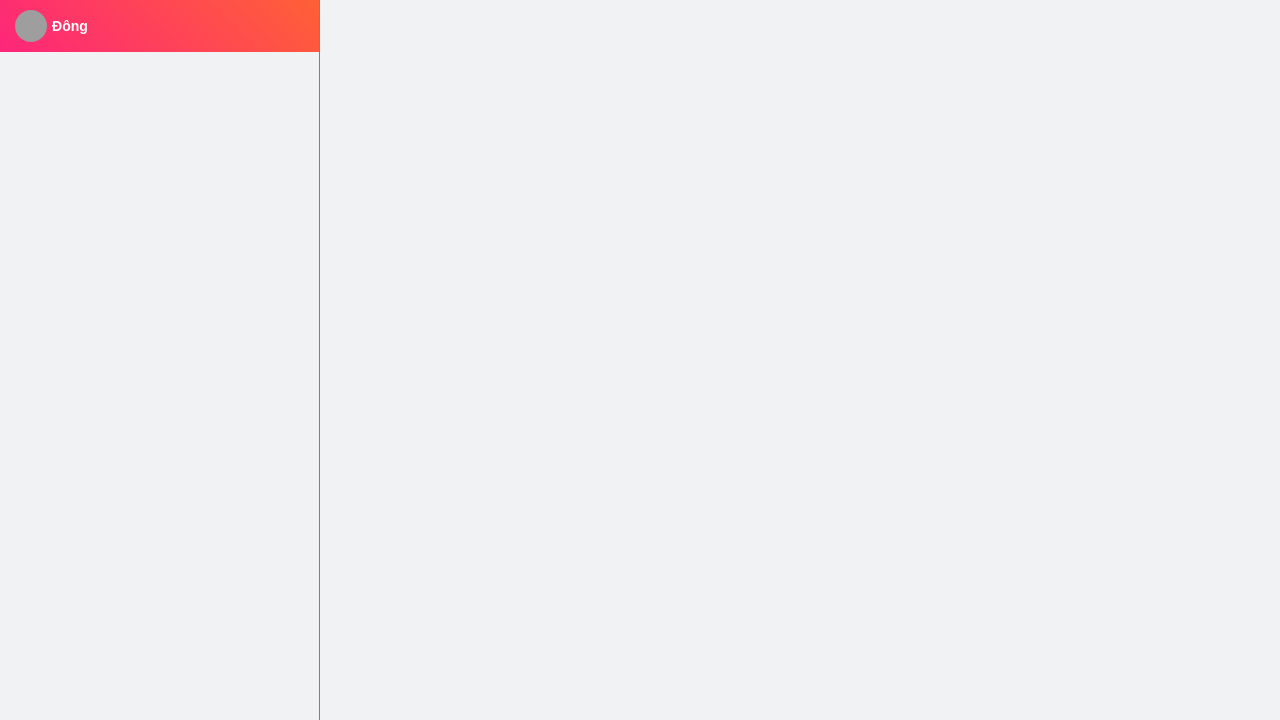
Repository: conquy2002/T2009A
Page: Project RobinTinder/website/index.html
An editor plug-in stored every save of this project. The page is shown before and after the next save, followed by the edit.
The browser window is 1280 px wide. The pictures show the whole page.
Pictures or frames that could not be fetched are drawn as grey boxes.

Above is the page before, as saved 2022-01-07 08:42:27.

### Project RobinTinder/website/index.html
<!DOCTYPE html>
<html lang="en">
<head>
    <meta charset="UTF-8">
    <meta http-equiv="X-UA-Compatible" content="IE=edge">
    <meta name="viewport" content="width=device-width, initial-scale=1.0">
    <title>Robin Hẹn hò</title>
    <link rel="stylesheet" href="./css/style.css" />
</head>
<body>
    <div class="main">
        <aside class="nav">
            <div class="nav__header">
                <div class="nav__hearder--profile">
                    <img src = "https://scontent.fhph1-3.fna.fbcdn.net/v/t1.6435-1/c1.64.198.199a/p200x200/141433767_1108249559690088_990288042436184426_n.jpg?_nc_cat=107&ccb=1-5&_nc_sid=7206a8&_nc_ohc=5yxEM9Iimv0AX_4k7Ox&_nc_ht=scontent.fhph1-3.fna&oh=00_AT-vqYdzU7_RG4YwBws_REoHUQ_G1kzl29AkfIijrbwnXg&oe=61FCEA38">
                    <h3>Đông</h3>
                </div>
                <div class="nav__header--contact"></div>
            </div>
            <div class="nav__qc"></div>
            <div class="nav_content"></div>
        </aside>
        <div class="content"></div>
    </div>
</body>
</html>

### Project RobinTinder/website/css/style.css
*{
    margin: 0;
    padding: 0;
    box-sizing: border-box;
}
body{
    font-family: sans-serif,Helvetica,Arial;
}
.main{
    background-color: #f0f2f4;
    height: 100vh;
    width: 100%;
    display: flex;
}
.nav{
    flex-basis: 25%;
    height: 100%;
    border-right: .1px solid gray;
}
.nav__header{
    background: linear-gradient(
45deg,#fd267a,#ff6036);
    background-image: linear-gradient(
45deg, rgb(253, 38, 122), rgb(255, 96, 54));
    width: 100%;
    display: flex;
}
.nav__hearder--profile{
    display: flex;
    padding: 10px 15px;
    align-items: center;
    color: #fff;
    font-size: 12px;
    flex-basis: 25%;
}
.nav__hearder--profile img{
    height: 32px;
    width: 32px;
    border-radius: 50%;
    margin-right: 5px;
}

.content{

}

After the next save:
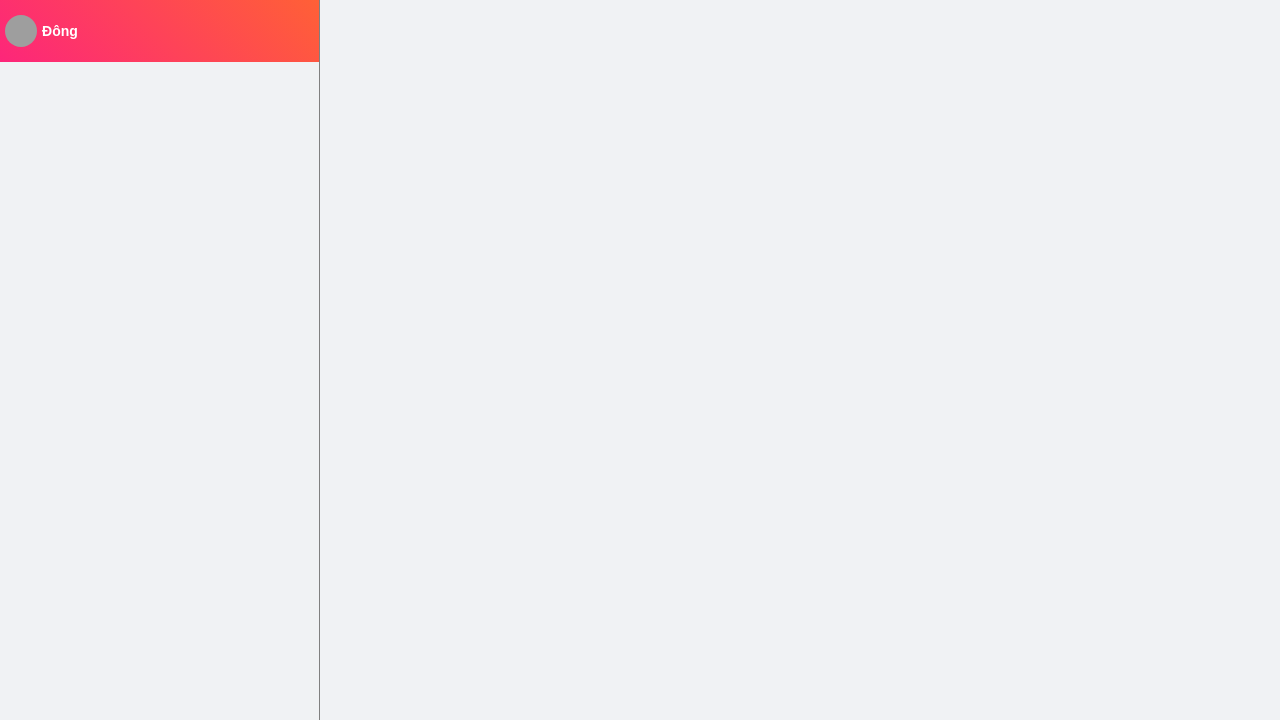
Saved 13 s later.
--- a/Project RobinTinder/website/css/style.css
+++ b/Project RobinTinder/website/css/style.css
@@ -27,7 +27,7 @@
 }
 .nav__hearder--profile{
     display: flex;
-    padding: 10px 15px;
+    padding: 15px 5px;
     align-items: center;
     color: #fff;
     font-size: 12px;
